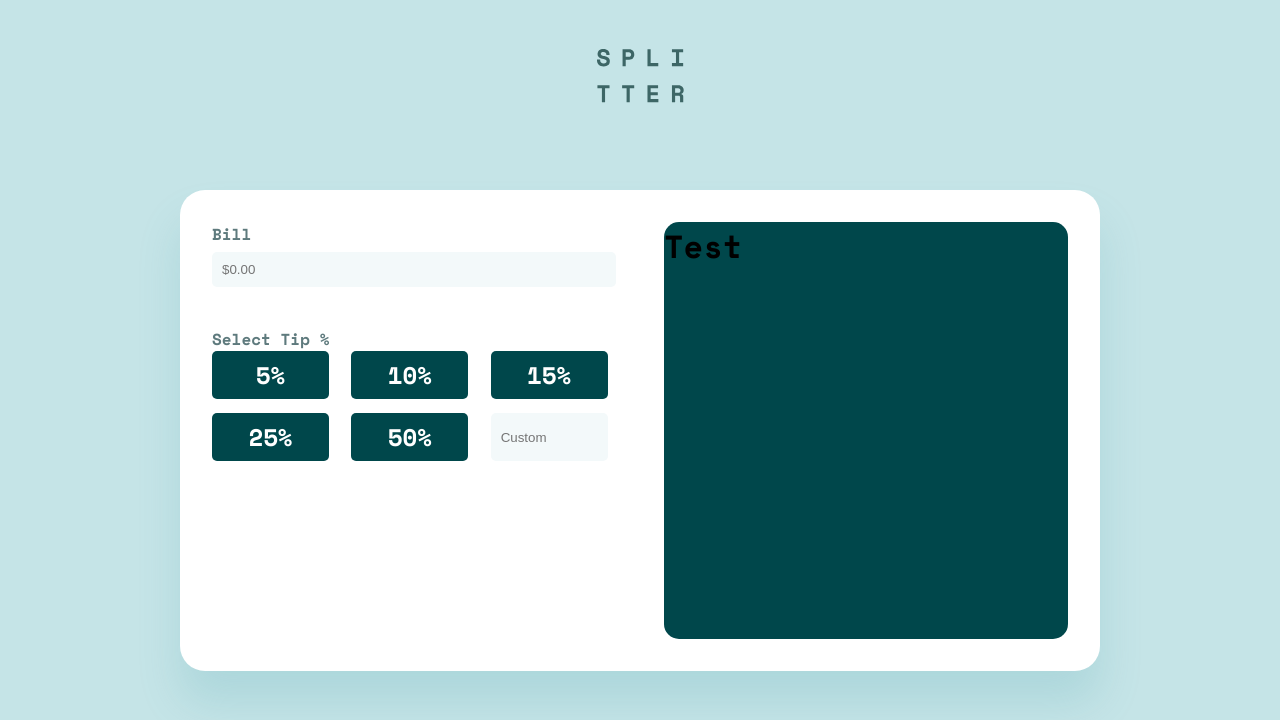
Repository: brandontaylor1/splitter
Page: index.html
These files come from the project's save history. The page is drawn as it stood at one moment and after a run of saves; the edit follows.
The browser window is 1280 px wide. The pictures show the whole page.

Above is the page before, as saved 2025-02-06 16:47:29.

### index.html
<!DOCTYPE html>
<html lang="en">
<head>
    <meta charset="UTF-8">
    <meta name="viewport" content="width=device-width, initial-scale=1.0">
    <link rel="preconnect" href="https://fonts.googleapis.com">
    <link rel="preconnect" href="https://fonts.gstatic.com" crossorigin>
    <link href="https://fonts.googleapis.com/css2?family=Space+Mono:ital,wght@0,400;0,700;1,400;1,700&display=swap" rel="stylesheet">
    <link rel="stylesheet" href="styles.css">
    <title>Splitter | Tip Calculator</title>
</head>
<body>
    <img src="./assets/images/logo.svg" id="logo-image" alt="logo image">
    <main class="container">
        <div class="left-column">
            <div class="bill-input">
                <h2>Bill</h2>
                <input type="text" id="bill-input" placeholder="$0.00">
            </div>
            <div class="tip-input">
                <h2 id="select-tip-title">Select Tip %</h2>
                    <div class="tip-buttons">
                        <button class="tip-button">5%</button>
                        <button class="tip-button">10%</button>
                        <button class="tip-button">15%</button>
                        <button class="tip-button">25%</button>
                        <button class="tip-button">50%</button>
                        <input type="text" id="custom-tip" placeholder="Custom">
                    </div>
                </div>
            </div>
        <div class="right-column">
            <h1>Test</h1>
        </div>
    </main>
</body>
</html>

### styles.css
* {
    box-sizing: border-box;
    margin: 0;
    padding: 0;
}

:root {
    --background-color: #C5E4E7;
    --input-button-color: #00474B;
    --primary-white: #fff;
    --calculated-numbers-color: #26C2AE;
    --input-title-color: #5E7A7D;
    --input-background-color: #F3F9FA;
    --input-icon-color: #9EBBBD;
    --title-text-color: #3D6666;
    --custom-input-color: #547878;
}

/* UTILITY CLASSES */
.space-mono-regular {
    font-family: "Space Mono", serif;
    font-weight: 400;
    font-style: normal;
  }

  .space-mono-bold {
    font-family: "Space Mono", serif;
    font-weight: 700;
    font-style: normal;
  }

  .space-mono-regular-italic {
    font-family: "Space Mono", serif;
    font-weight: 400;
    font-style: italic;
  }

  .space-mono-bold-italic {
    font-family: "Space Mono", serif;
    font-weight: 700;
    font-style: italic;
  }


body {
    background-color: #C5E4E7;
    height: 100vh;
    width: 100%;
    display: flex;
    flex-direction: column;
    justify-content: center;
    align-items: center;
    font-family: "Space Mono", monospace;
}

#logo-image {
    margin-bottom: 87px;
}

.container {
    background-color: var(--primary-white);
    width: 920px;
    height: 481px;
    border-radius: 25px;
    box-shadow: 0px 32px 43px 0px rgba(79, 166, 175, 0.20);
    display: grid;
    gap: 48px;
    grid-template-columns: 1fr 1fr;
    padding: 32px;
}

.left-column {
    grid-column: 1 / 2;
    width: 100%;
    height: 100%;
}

.right-column {
    grid-column: 2 / 3;
    width: 100%;
    height: 100%;
    border-radius: 15px;
    background-color: var(--input-text-color);
}

input {
    width: 100%;
    padding: 10px;
    display: flex;
    flex-direction: row;
    justify-content: space-between;
    background-color: var(--input-background-color);
    border: none;
    border-radius: 5px;
    margin-bottom: 20px;
}


.bill-input h2 {
    font-size: 16px;
    color: var(--input-title-color);
    margin-bottom: 6px;
}

.tip-buttons {
    display: grid;
    grid-template-columns: repeat(3, 1fr);
    gap: 14px;
}

#select-tip-title {
    color: #5E7A7D;
    font-size: 16px;
    margin-top: 40px;
}

.tip-button {
    width: 117px;
    height: 48px;
    flex-shrink: 0;
    border: none;
    border-radius: 5px;
    background-color: #00474B;
    color: var(--primary-white);
    font-family: "Space Mono", monospace;
    font-size: 24px;
    font-weight: 600;

}

#custom-tip {
    width: 117px;
    height: 48px;
}


.right-column {
    background-color: #00474B ;
}

After the next 2 saves:
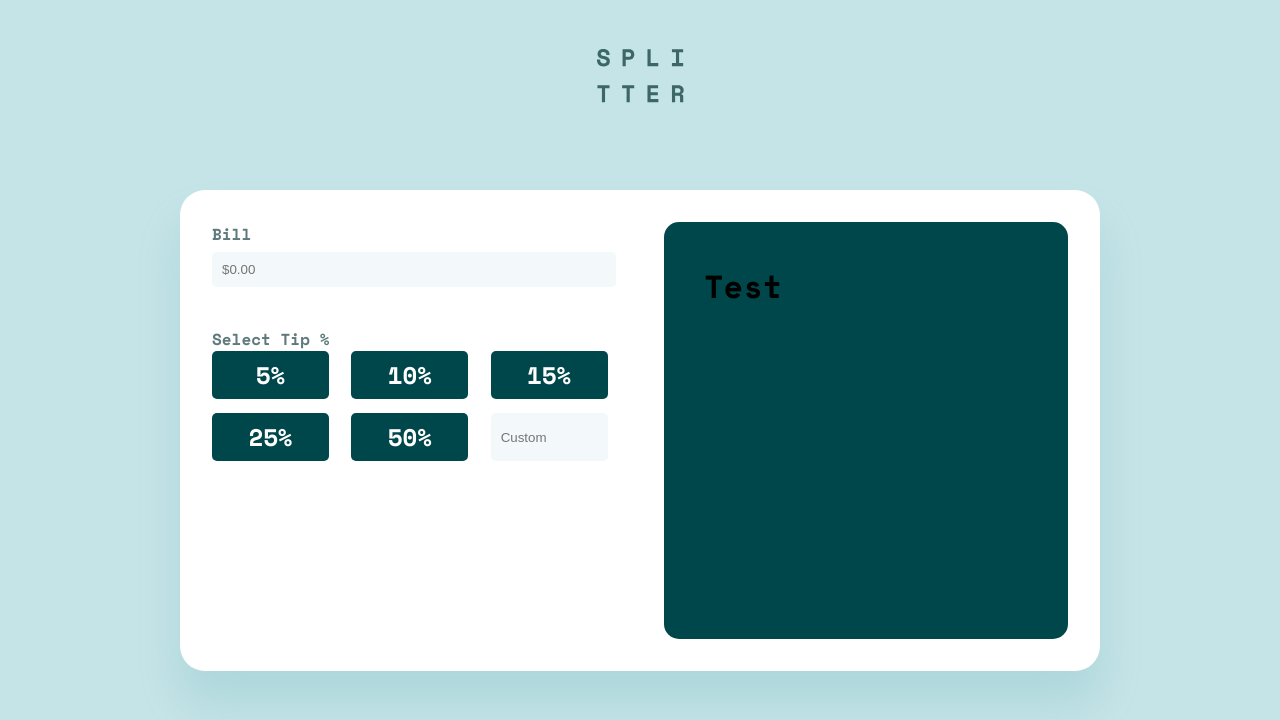
The 2 saves are shown as one change because they came seconds apart.
The last was saved 17 s later.
--- a/styles.css
+++ b/styles.css
@@ -135,5 +135,6 @@ input {
 
 
 .right-column {
-    background-color: #00474B ;
+    background-color: #00474B;
+    padding: 40px;
 }
